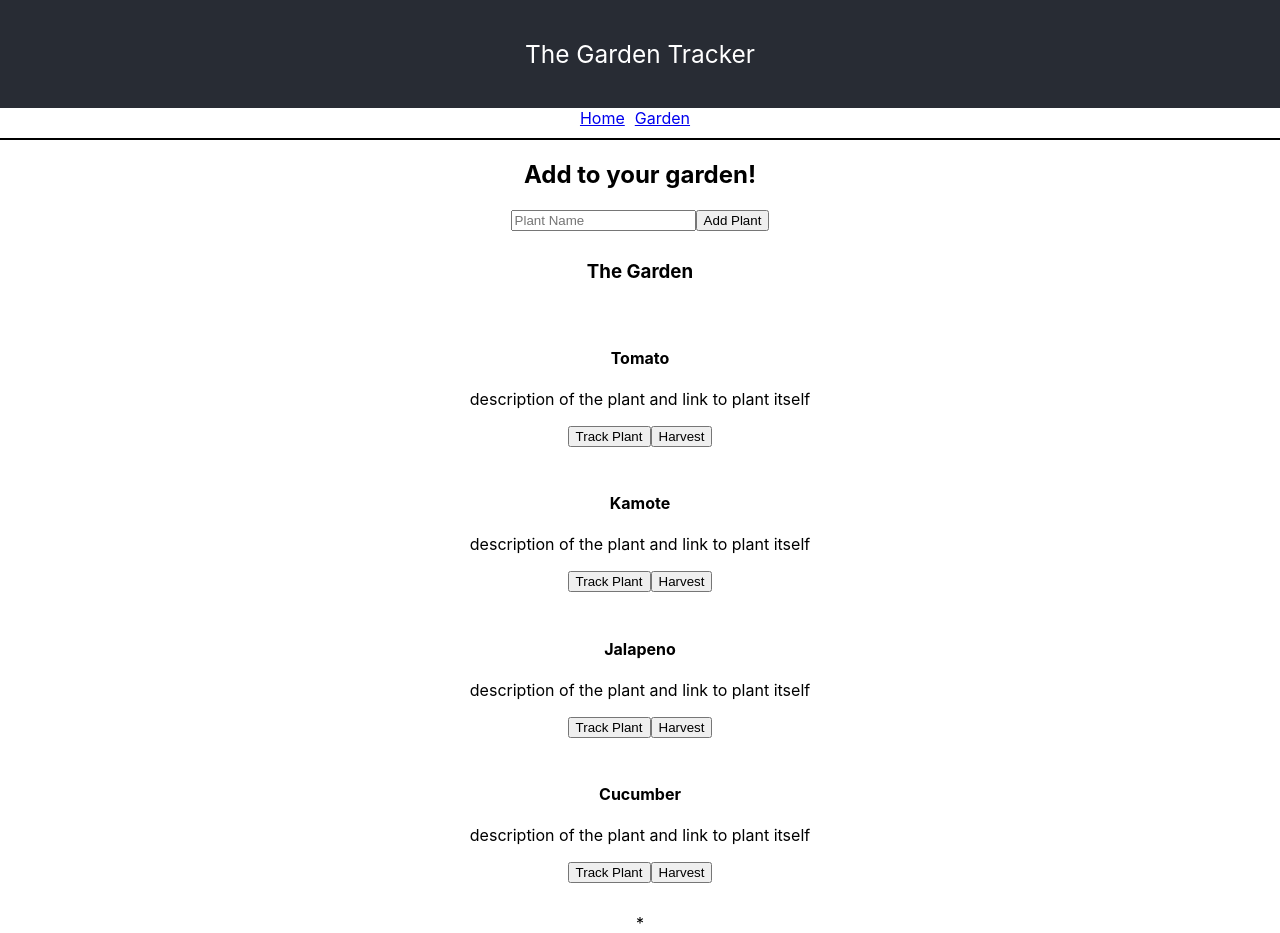
Repository: charliejp0311/gardentracker
Page: /garden
An editor plug-in stored every save of this project. The page is shown before and after the next save, followed by the edit.
The browser window is 1280 px wide. The pictures show the whole page.
The project was rebuilt for these pictures with package versions that can differ from the ones it lists, and the page was loaded fresh each time. Also part of the build but not shown: src/components/GardenHome.js, src/components/Harvest.js.

Above is the page before, as saved 2020-10-30 11:31:38.

After the next save:
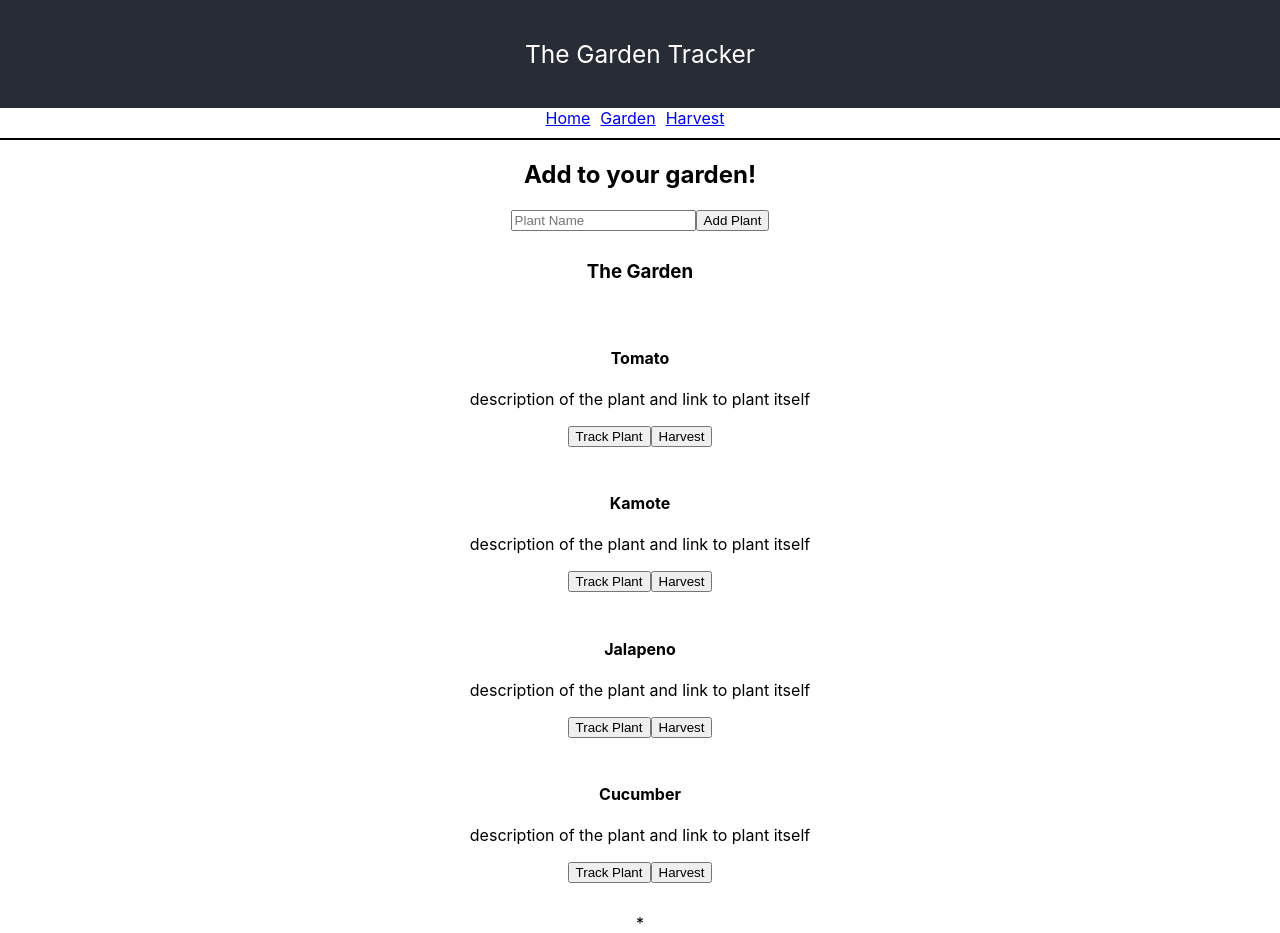
Saved 43 s later.
--- a/src/components/Navbar.js
+++ b/src/components/Navbar.js
@@ -16,6 +16,12 @@ const NavBar = () => {
       >
         Garden
       </NavLink>
+      <NavLink
+        style={{ marginRight: '10px' }}
+        to="/harvest"
+      >
+        Harvest
+      </NavLink>
     </div>
   );
 }
